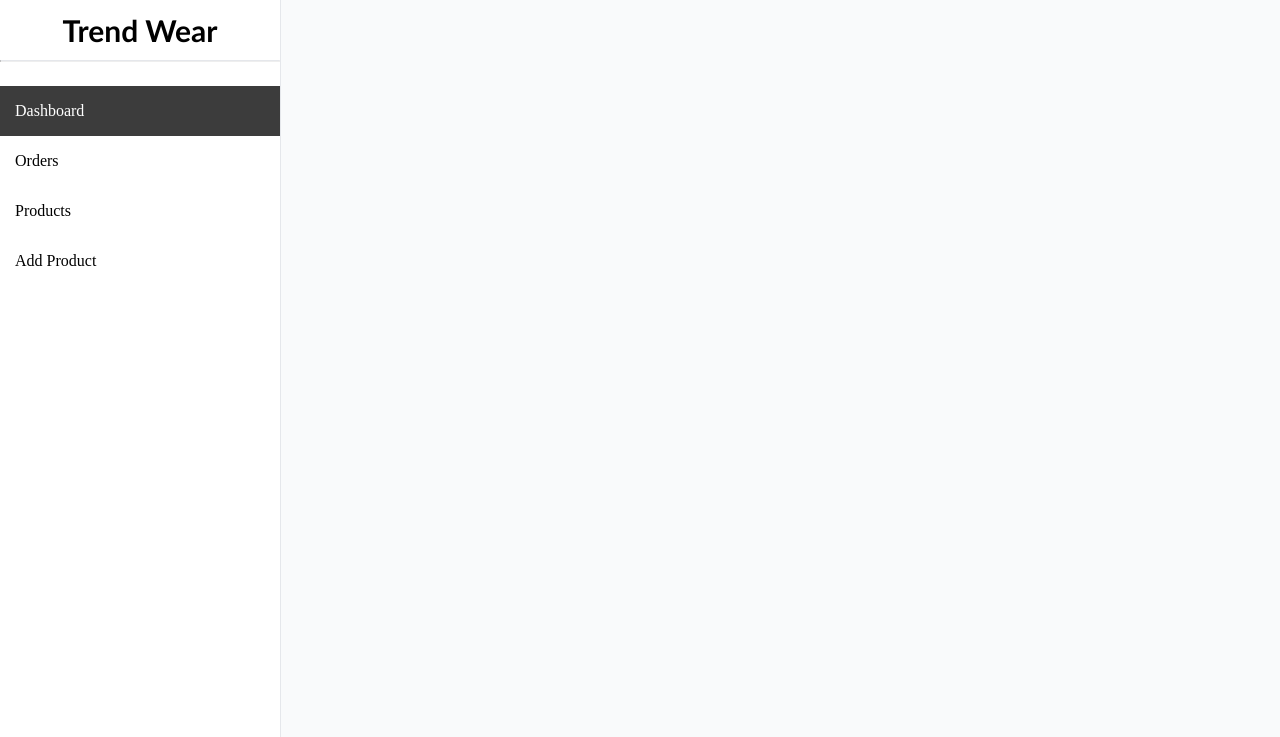
Repository: ahmad-dev7/TrendWear
Page: / (app in trend_wear_dashboard/)
The author's editor kept a copy of each file at every save. The page is drawn from the files as they stood at one save, then again after the next save.
The browser window is 1280 px wide. The pictures show the whole page.
The project was rebuilt for these pictures with package versions that can differ from the ones it lists, and the page was loaded fresh each time. Also part of the build but not shown: trend_wear_dashboard/vite.config.ts.

Above is the page before, as saved 2025-01-19 17:42:20.

After the next save:
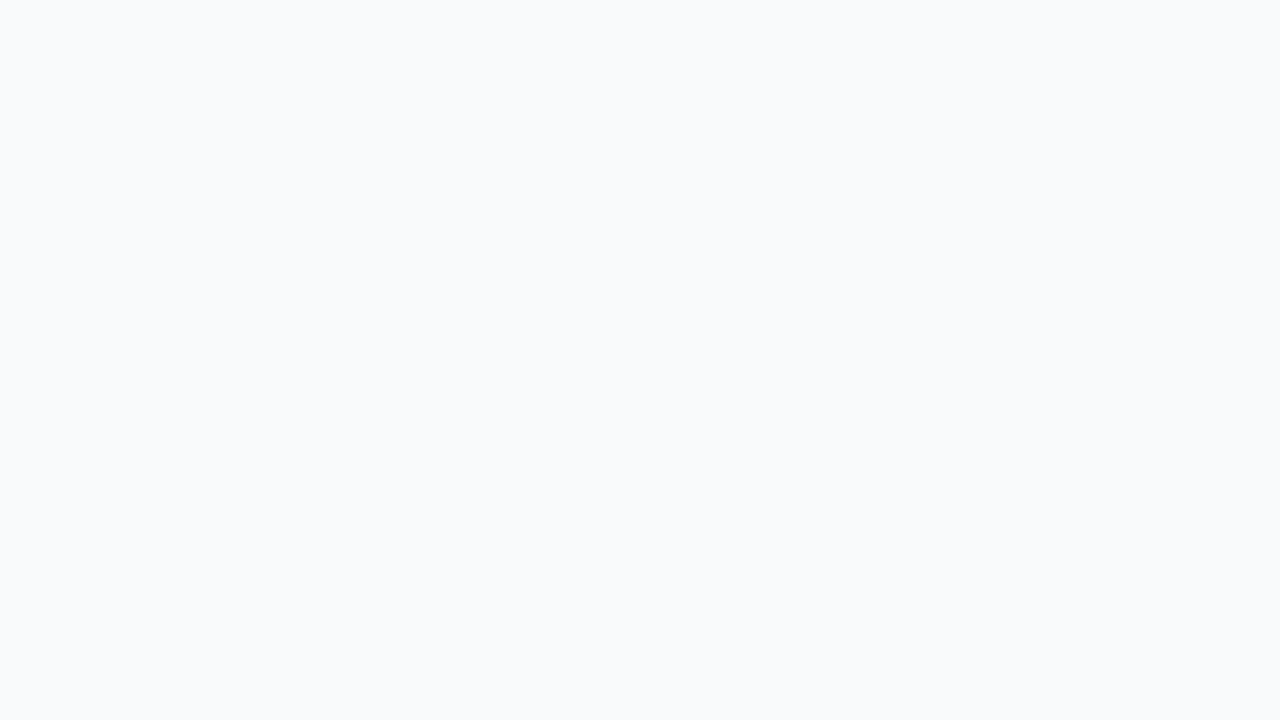
Console error: TypeError: Cannot read properties of undefined (reading 'map')
Saved 7 s later.
--- a/trend_wear_dashboard/src/Sidebar/SidebarContent.tsx
+++ b/trend_wear_dashboard/src/Sidebar/SidebarContent.tsx
@@ -7,7 +7,6 @@ interface Props {
 }
 
 const SidebarContent = ({ tabs, onSelectTab }: Props) => {
-  var tabs = ["Dashboard", "Orders", "Products", "Add Product"];
   const [active, setTab] = useState("Dashboard");
   return (
     <>

After the 2 saves that followed:
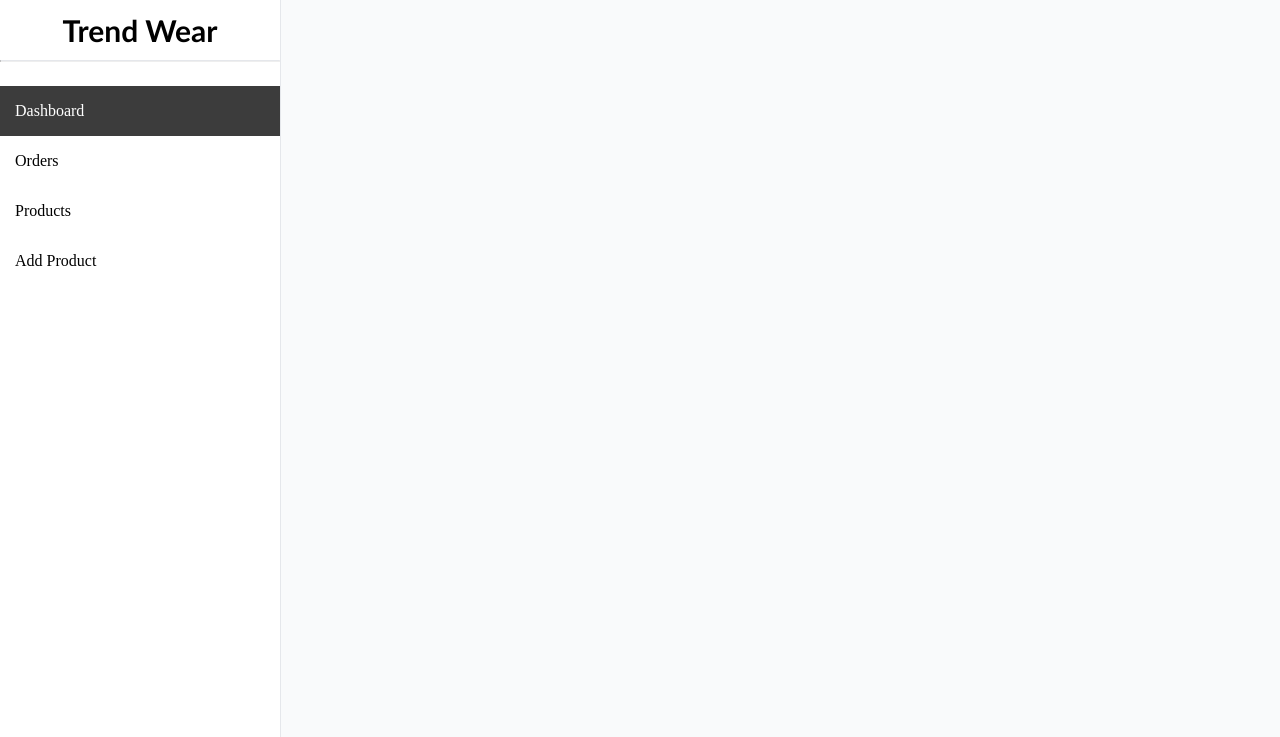
The error is gone.
The 2 saves are shown as one change because 1 left the picture as it was.
The last was saved 4 min 8 s later.
--- a/trend_wear_dashboard/src/Sidebar/Sidebar.tsx
+++ b/trend_wear_dashboard/src/Sidebar/Sidebar.tsx
@@ -2,12 +2,18 @@ import "./Sidebar.css";
 import SidebarContent from "./SidebarContent";
 
 const Sidebar = () => {
+  var tabs = ["Dashboard", "Orders", "Products", "Add Product"];
+
+  const handleSelectTab = (tab: string) => {
+    console.log(tab);
+  };
+
   return (
     <div id="sidebar">
       <div className="header">Trend Wear</div>
       <hr />
       <ul id="sidebar-content">
-        <SidebarContent />
+        <SidebarContent tabs={tabs} onSelectTab={handleSelectTab} />
       </ul>
     </div>
   );
--- a/trend_wear_dashboard/src/Sidebar/SidebarContent.tsx
+++ b/trend_wear_dashboard/src/Sidebar/SidebarContent.tsx
@@ -14,7 +14,10 @@ const SidebarContent = ({ tabs, onSelectTab }: Props) => {
         <li
           key={tab}
           className={"tab " + (tab == active && "active")}
-          onClick={() => setTab(tab)}
+          onClick={() => {
+            setTab(tab);
+            onSelectTab(tab);
+          }}
         >
           {tab}
         </li>
